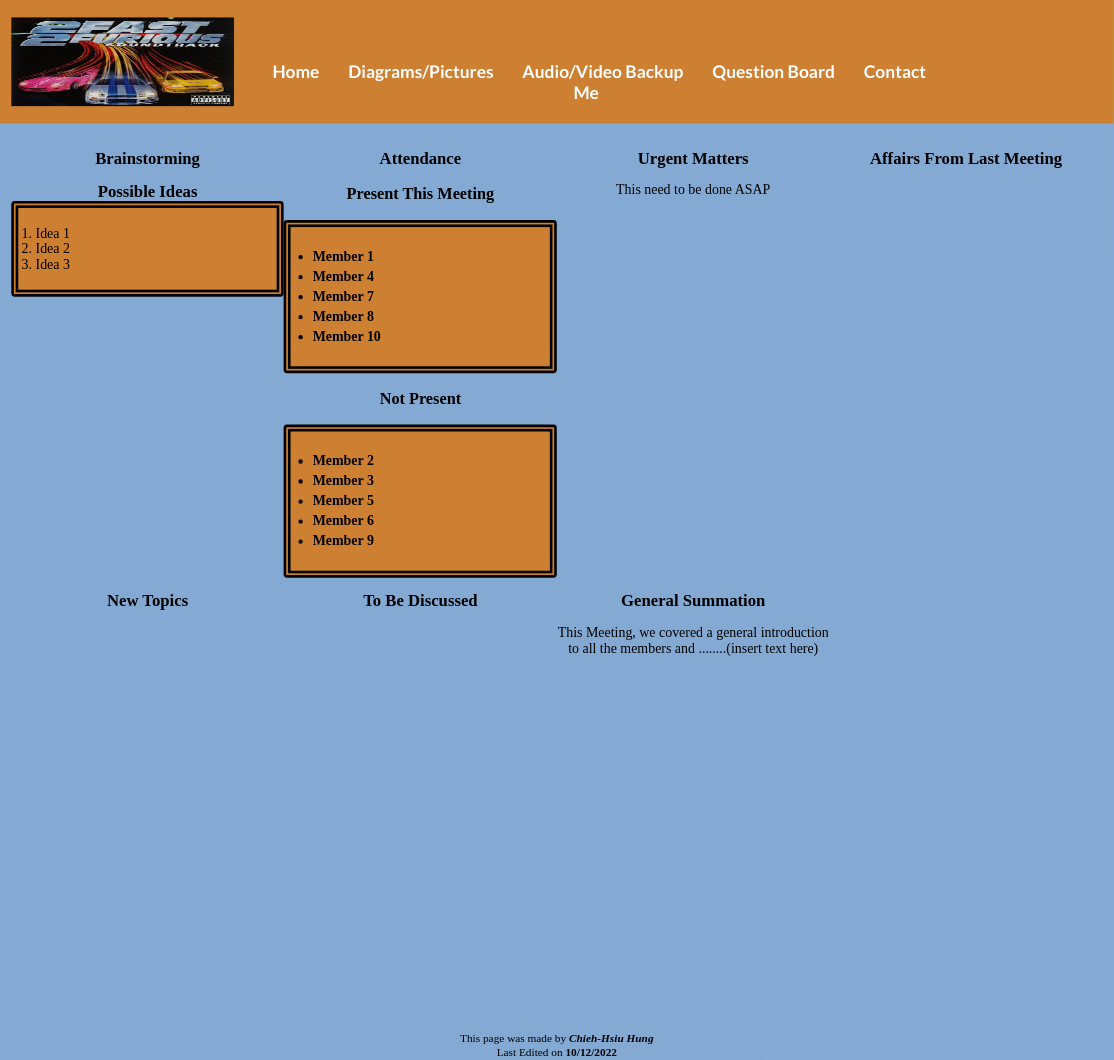
Repository: Chieh0501/fa22-cse110-lab3
Page: index.html
An editor plug-in stored every save of this project. The page is shown before and after the next save, followed by the edit.
The browser window is 1280 px wide. The pictures show the whole page, at 87% of full size.

Above is the page before, as saved 2022-10-12 13:37:57.

After the next save:
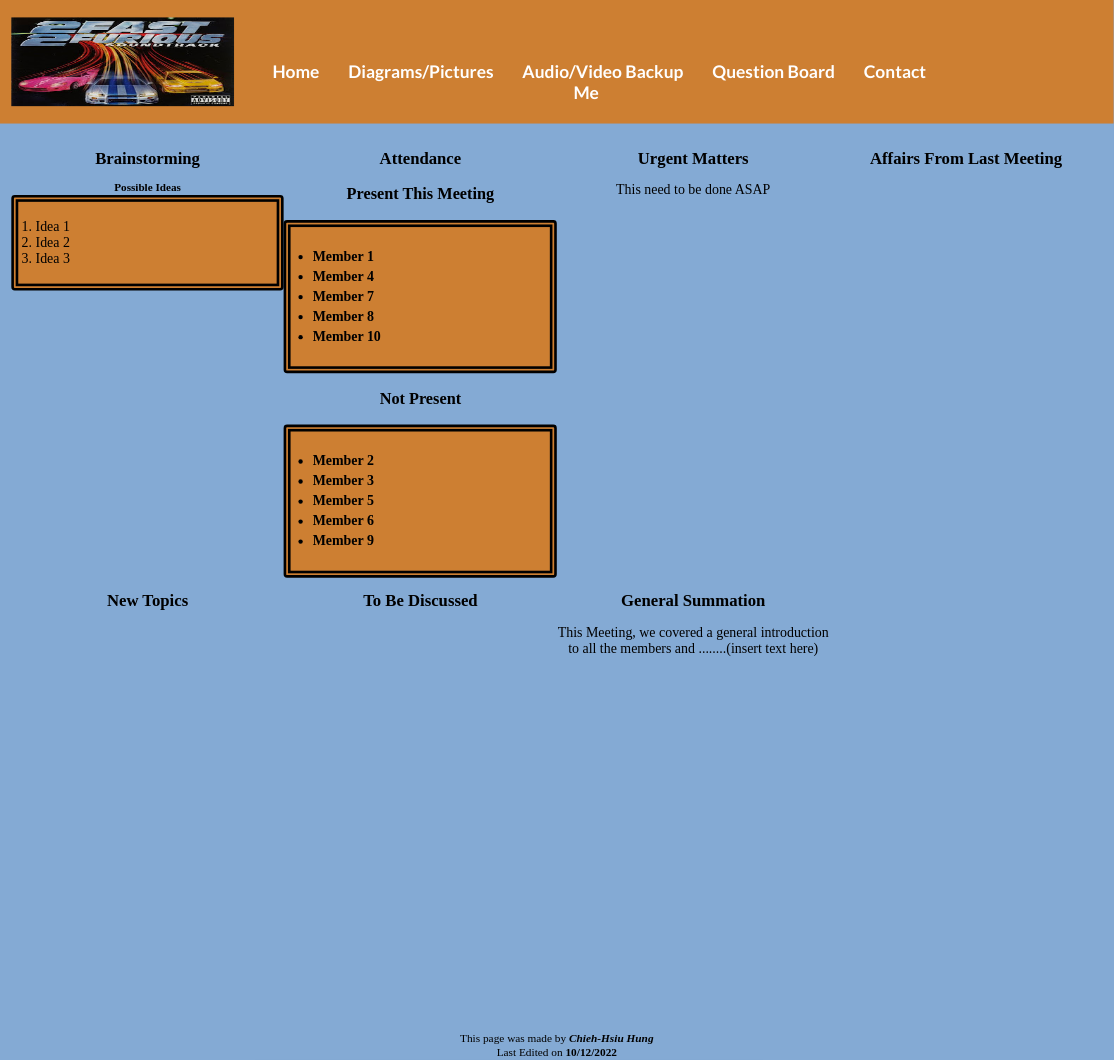
Saved 5 s later.
--- a/styles/main.css
+++ b/styles/main.css
@@ -127,7 +127,7 @@
 }
 .brainstorming #subtitle{
   font-weight: bold;
-  font-size: 1.5vw;
+  font-size: 1vw;
 }
 .brainstorming ol{
   background-color: var(--accent-color-1);
